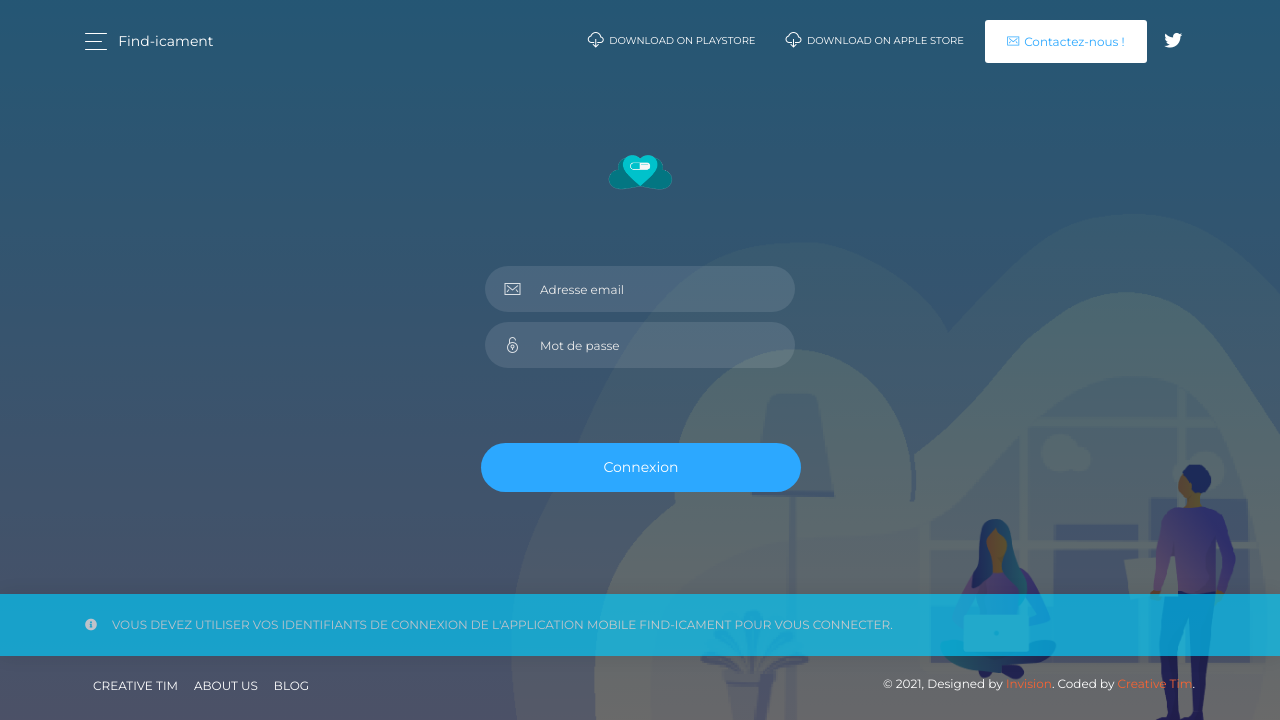
Repository: sdeschaepmeester/samanthawebsite
Page: /login-page
The author's editor kept a copy of each file at every save. The page is drawn from the files as they stood at one save, then again after the next save.
The browser window is 1280 px wide. The pictures show the whole page.
The project was rebuilt for these pictures with package versions that can differ from the ones it lists, and the page was loaded fresh each time. Also part of the build but not shown: src/assets/demo/nucleo-icons-page-styles.css, src/components/Navbars/IndexNavbar.js, src/components/Headers/IndexHeader.js, src/components/Footers/DarkFooter.js, src/views/index-sections/Images.js, src/views/index-sections/Introduction.js, src/views/index-sections/BasicElements.js, src/views/index-sections/Navbars.js and 20 more.

Above is the page before, as saved 2021-06-01 11:28:35.

After the next save:
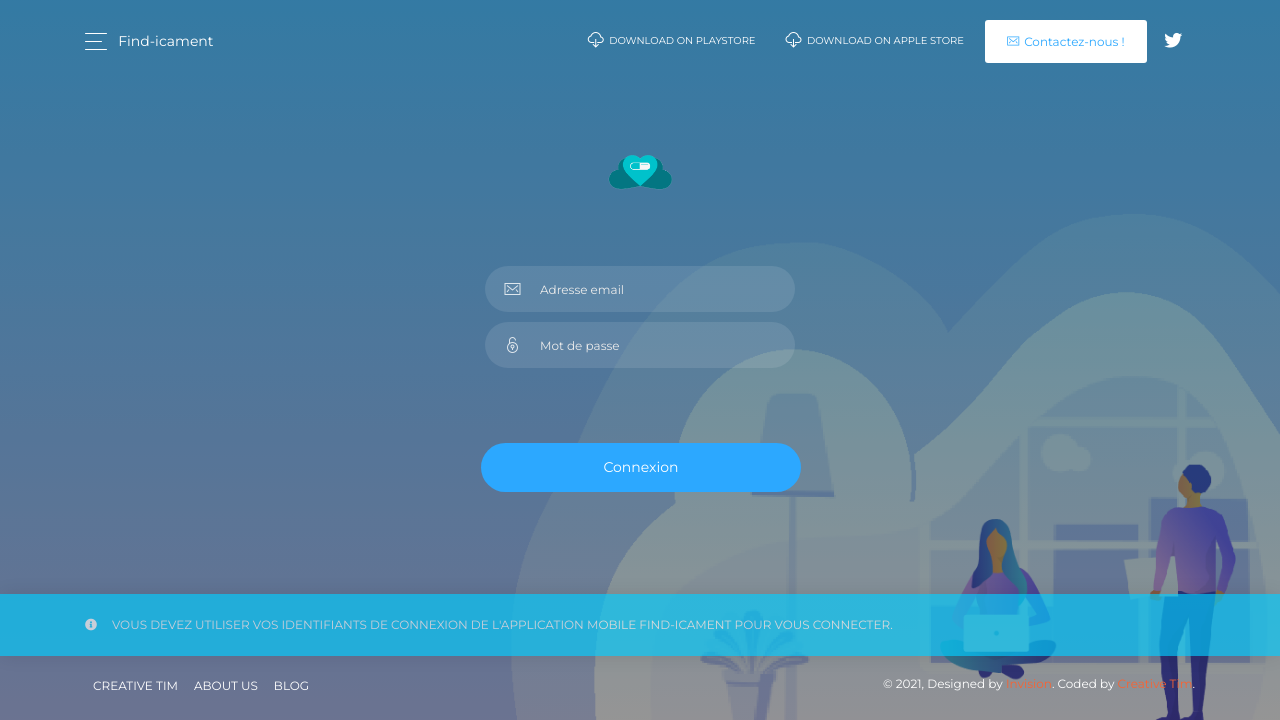
Saved 2 min 35 s later.
--- a/src/assets/scss/now-ui-kit/_example-pages.scss
+++ b/src/assets/scss/now-ui-kit/_example-pages.scss
@@ -223,7 +223,6 @@
     left: 0;
     top: 0;
     content: "";
-    background-color: rgba(0, 0, 0, 0.5);
   }
 }
 

After the save that followed:
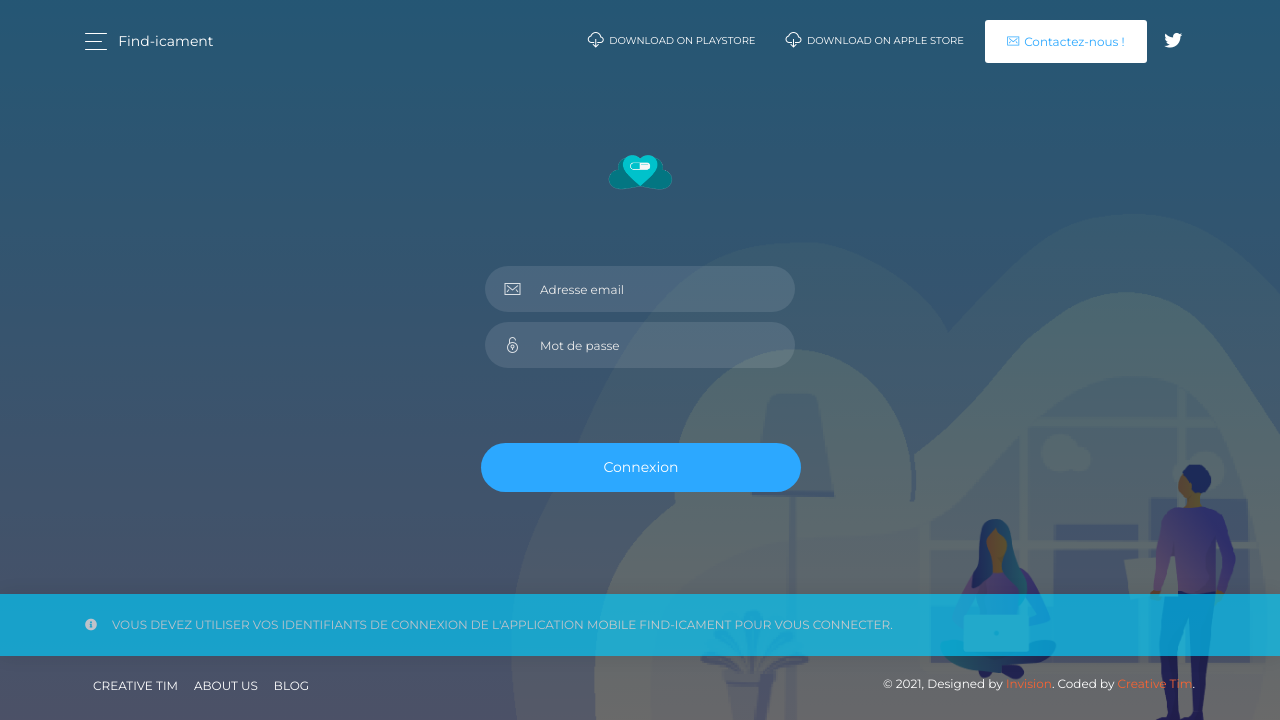
Saved 7 s later.
--- a/src/assets/scss/now-ui-kit/_example-pages.scss
+++ b/src/assets/scss/now-ui-kit/_example-pages.scss
@@ -223,6 +223,7 @@
     left: 0;
     top: 0;
     content: "";
+    background-color: rgba(0, 0, 0, 0.5);
   }
 }
 
